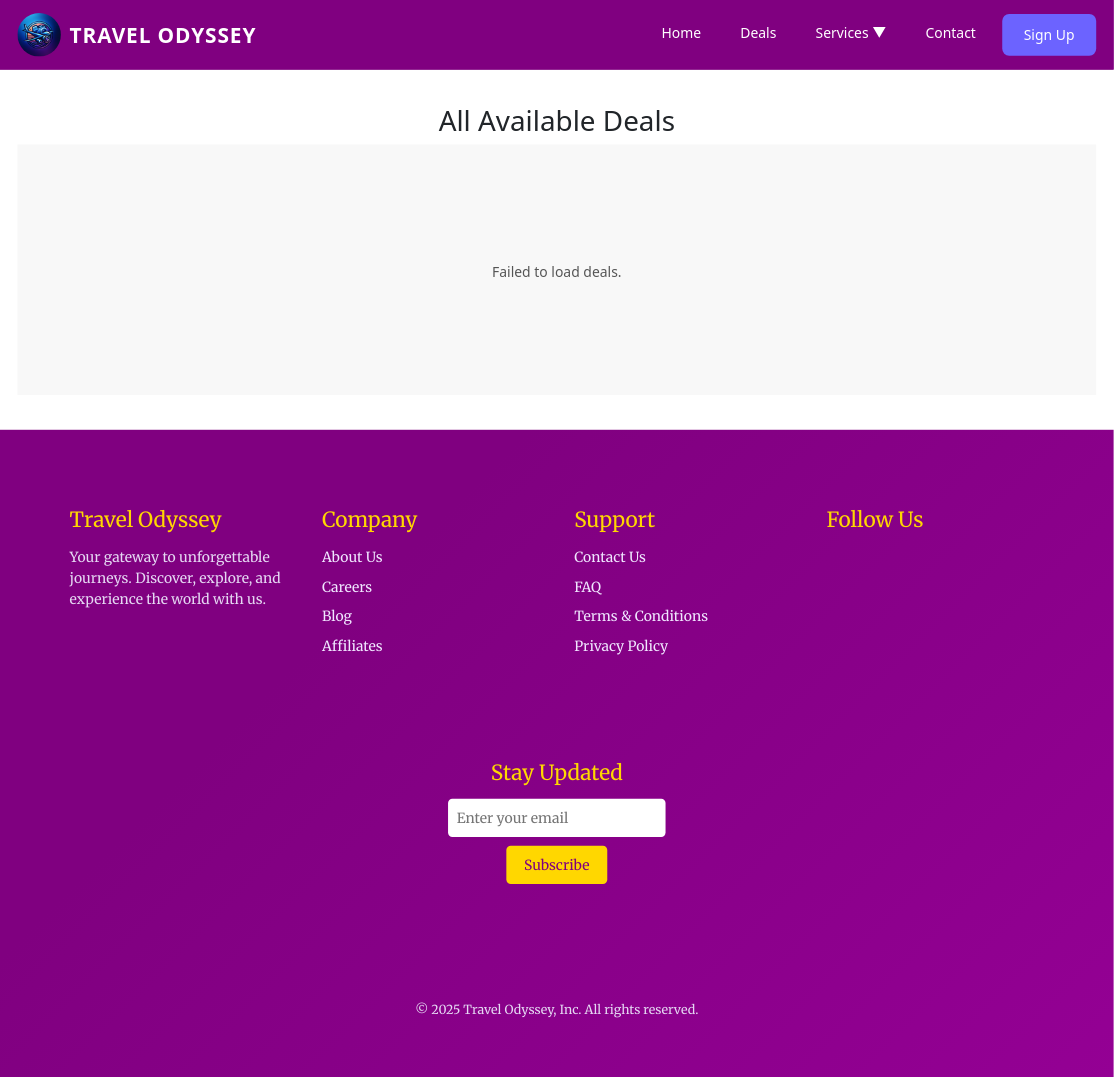
Repository: GHzPhoenix/Project-Odyssey
Page: Frontend/deals.html
An editor plug-in stored every save of this project. The page is shown before and after the next save, followed by the edit.
The browser window is 1280 px wide. The pictures show the whole page, at 87% of full size.
The page's requests for data from a server got no answer.

Above is the page before, as saved 2025-06-13 14:48:03.

### Frontend/deals.html
<!DOCTYPE html>
<html lang="en">
  <head>
    <meta charset="UTF-8" />
    <meta name="viewport" content="width=device-width, initial-scale=1" />
    <title>All Deals – Travel Odyssey</title>

    <link rel="stylesheet" href="/Frontend/css/style.css" />
    <link rel="stylesheet" href="/Frontend/css/deals.css" />
    <link rel="preconnect" href="https://fonts.googleapis.com" />
    <link rel="preconnect" href="https://fonts.gstatic.com" crossorigin />
    <link
      href="https://fonts.googleapis.com/css2?family=Merriweather:wght@300;400;700;900&display=swap"
      rel="stylesheet"
    />
    <link
      href="https://cdn.jsdelivr.net/npm/bootstrap@5.3.3/dist/css/bootstrap.min.css"
      rel="stylesheet"
      crossorigin="anonymous"
    />
    <script
      src="https://cdn.jsdelivr.net/npm/bootstrap@5.3.3/dist/js/bootstrap.bundle.min.js"
      crossorigin="anonymous"
      defer
    ></script>

    <style>
      .deals-container {
        display: grid;
        grid-template-columns: repeat(auto-fit, minmax(280px, 1fr));
        gap: 1.5rem;
        padding: 2rem;
      }

      .card {
        background: #fff;
        border-radius: 1rem;
        box-shadow: 0 0.5rem 1.5rem rgba(0, 0, 0, 0.1);
        overflow: hidden;
        transition: transform 0.3s ease, box-shadow 0.3s ease;
        display: flex;
        flex-direction: column;
      }

      .card:hover {
        transform: translateY(-0.5rem);
        box-shadow: 0 1rem 2.5rem rgba(0, 0, 0, 0.15);
      }

      .card-image {
        width: 100%;
        height: 180px;
        object-fit: cover;
      }

      .card-info {
        padding: 1rem;
        flex: 1;
        display: flex;
        flex-direction: column;
      }

      .card-title {
        margin: 0 0 0.5rem;
        font-size: 1.25rem;
        color: #333;
      }

      .card-subtext {
        font-size: 0.9rem;
        color: #666;
        margin: 0 0 1rem;
        flex: 1;
      }

      .card-dates {
        font-size: 0.85rem;
        color: #999;
        margin-bottom: 1rem;
      }

      .card-button {
        align-self: flex-start;
        background-color: #6c63ff;
        color: #fff;
        padding: 0.6rem 1.2rem;
        border-radius: 0.6rem;
        text-decoration: none;
        font-weight: 600;
        transition: background 0.3s ease;
      }

      .card-button:hover {
        background-color: #5950d4;
      }

      .no-deals,
      .error-message {
        text-align: center;
        color: #555;
        padding: 2rem;
      }
    </style>
  </head>

  <body>
    <header>
      <nav>
        <div class="logo">
          <img src="/Frontend/assets/your-logo.png" alt="Logo" />
          Travel Odyssey
        </div>
        <div class="menu-toggle" onclick="toggleMenu()">
          <div></div>
          <div></div>
          <div></div>
        </div>
        <ul class="nav-menu">
          <li><a href="index.html">Home</a></li>
          <li><a href="deals.html">Deals</a></li>
          <li class="dropdown-parent">
            <a href="#">Services ▼</a>
            <div class="dropdown">
              <a href="membership.html">Memberships</a>
              <a href="dream.html">Plan your Trip</a>
              <a href="client-area.html">Client Area</a>
            </div>
          </li>
          <li><a href="contact.html">Contact</a></li>
          <li><a href="signup.html" class="signup-btn">Sign Up</a></li>
        </ul>
      </nav>
    </header>

    <main>
      <h2 class="page-title">All Available Deals</h2>

      <section class="trending-deals">
        <div class="deals-container" id="deals-container"></div>
      </section>
    </main>

    <footer class="footer">
      <div class="footer-container">
        <div class="footer-section">
          <h3>Travel Odyssey</h3>
          <p>
            Your gateway to unforgettable journeys. Discover, explore, and
            experience the world with us.
          </p>
        </div>
        <div class="footer-section">
          <h3>Company</h3>
          <ul>
            <li><a href="aboutus.html">About Us</a></li>
            <li><a href="careers.html">Careers</a></li>
            <li><a href="blog.html">Blog</a></li>
            <li><a href="affiliates.html">Affiliates</a></li>
          </ul>
        </div>
        <div class="footer-section">
          <h3>Support</h3>
          <ul>
            <li><a href="contact.html">Contact Us</a></li>
            <li><a href="faq.html">FAQ</a></li>
            <li><a href="terms.html">Terms & Conditions</a></li>
            <li><a href="privacy.html">Privacy Policy</a></li>
          </ul>
        </div>
        <div class="footer-section">
          <h3>Follow Us</h3>
          <div class="social-icons">
            <a href="#"><i class="fab fa-facebook"></i></a>
            <a href="#"><i class="fab fa-instagram"></i></a>
            <a href="#"><i class="fab fa-twitter"></i></a>
            <a href="#"><i class="fab fa-youtube"></i></a>
          </div>
        </div>
        <div class="footer-section newsletter">
          <h3>Stay Updated</h3>
          <form action="#">
            <input type="email" placeholder="Enter your email" required />
            <button type="submit">Subscribe</button>
          </form>
        </div>
      </div>
      <div class="footer-bottom">
        <p>© 2025 Travel Odyssey, Inc. All rights reserved.</p>
      </div>
    </footer>

    <script>
      function toggleMenu() {
        document.querySelector(".nav-menu").classList.toggle("active");
      }

      document.addEventListener("DOMContentLoaded", () => {
        const container = document.getElementById("deals-container");

        async function fetchAndRenderDeals() {
          container.textContent = "Loading…";
          try {
            const res = await fetch("http://127.0.0.1:5001/api/deals");
            if (!res.ok) throw new Error("Fetch failed");
            const deals = await res.json();
            container.innerHTML = "";

            if (!deals.length) {
              container.innerHTML =
                "<p class='no-deals'>No deals available.</p>";
              return;
            }

            deals.forEach((deal) => {
              const card = document.createElement("div");
              card.className = "card";
              card.innerHTML = `
            <img class="card-image" src="${deal.image_url}" alt="${deal.name}">
            <div class="card-info">
              <h3 class="card-title">${deal.name}</h3>
              <p class="card-subtext">${deal.location} • ${deal.activities}</p>
              <p class="card-dates">
                ${new Date(deal.start_date).toLocaleDateString()} – ${new Date(
                deal.end_date
              ).toLocaleDateString()}
              </p>
              <p class="card-price">€${deal.price.toFixed(2)}</p>
              <a href="#" class="card-button" data-id="${deal.id}">Book Now</a>
            </div>
          `;
              container.appendChild(card);
            });
          } catch (err) {
            console.error(err);
            container.innerHTML =
              "<p class='error-message'>Failed to load deals.</p>";
          }
        }

        container.addEventListener("click", (e) => {
          if (!e.target.matches(".card-button")) return;
          e.preventDefault();
          const id = e.target.dataset.id;
          // …your existing booking flow…
        });

        fetchAndRenderDeals();
      });
    </script>
  </body>
</html>

### Frontend/css/deals.css
.deals-container {
  display: grid;
  grid-template-columns: repeat(auto-fit, minmax(280px, 1fr));
  gap: 1.5rem;
  padding: 2rem;
}

.card {
  background: #fff;
  border-radius: 1rem;
  box-shadow: 0 0.5rem 1.5rem rgba(0, 0, 0, 0.1);
  overflow: hidden;
  transition: transform 0.3s ease, box-shadow 0.3s ease;
  display: flex;
  flex-direction: column;
}

.card:hover {
  transform: translateY(-0.5rem);
  box-shadow: 0 1rem 2.5rem rgba(0, 0, 0, 0.15);
}

.card-image {
  width: 100%;
  height: 180px;
  object-fit: cover;
}

.card-info {
  padding: 1rem;
  flex: 1;
  display: flex;
  flex-direction: column;
}

.card-title {
  margin: 0 0 0.5rem;
  font-size: 1.25rem;
  color: #333;
}

.card-subtext {
  font-size: 0.9rem;
  color: #666;
  margin: 0 0 1rem;
  flex: 1;
}

.card-dates {
  font-size: 0.85rem;
  color: #999;
  margin-bottom: 1rem;
}

.card-button {
  align-self: start;
  background-color: #6c63ff;
  color: #fff;
  padding: 0.6rem 1.2rem;
  border-radius: 0.6rem;
  text-decoration: none;
  font-weight: 600;
  transition: background 0.3s ease;
}

.card-button:hover {
  background-color: #5950d4;
}
.card-price {
  font-size: 1rem;
  font-weight: 700;
  margin: 0.5rem 0;
  color: #6c63ff;
}

Loaded but not shown: Frontend/css/style.css (1245 lines, source omitted)

After the next save:
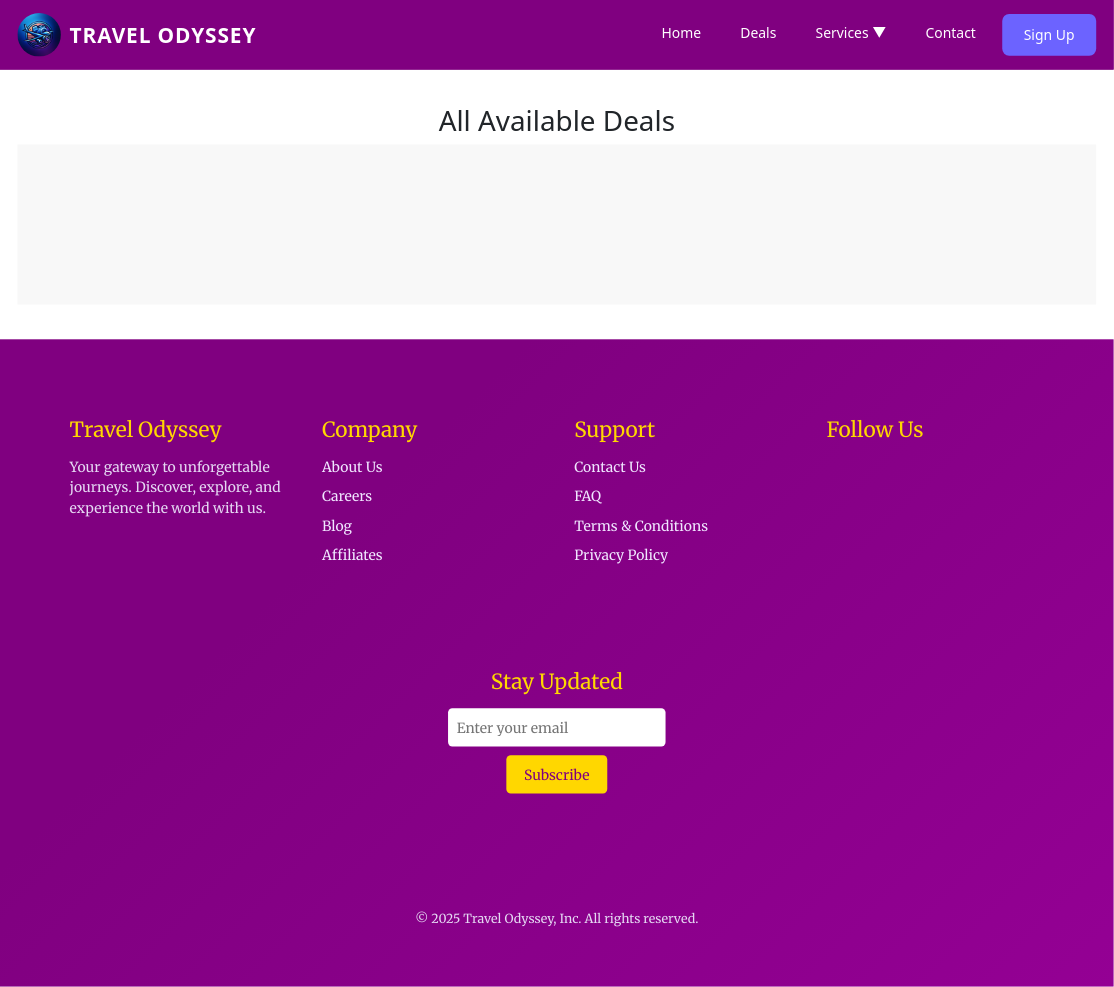
Console error: SyntaxError: Unexpected token '{'
Saved 50 s later.
--- a/Frontend/deals.html
+++ b/Frontend/deals.html
@@ -241,7 +241,10 @@
           if (!e.target.matches(".card-button")) return;
           e.preventDefault();
           const id = e.target.dataset.id;
-          // …your existing booking flow…
+           const email = prompt("Please enter your email to book:");
+          if (!email) return;
+          const params = new URLSearchParams({ deal: id, email });
+          window.location.href = signup.html?${params};
         });
 
         fetchAndRenderDeals();

After the save that followed:
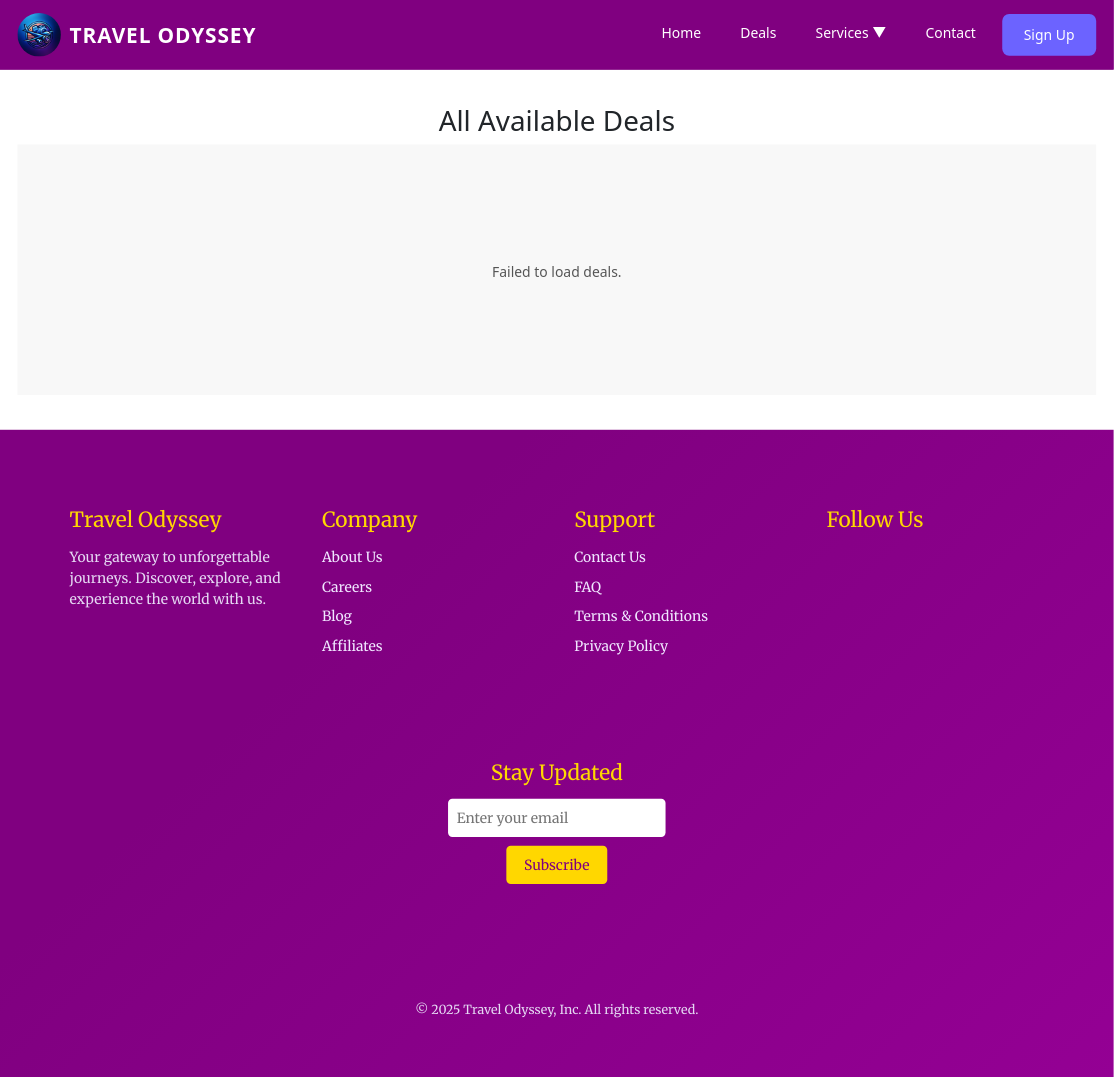
The error is gone.
Saved 88 s later.
--- a/Frontend/deals.html
+++ b/Frontend/deals.html
@@ -241,10 +241,10 @@
           if (!e.target.matches(".card-button")) return;
           e.preventDefault();
           const id = e.target.dataset.id;
-           const email = prompt("Please enter your email to book:");
+          const email = prompt("Please enter your email to book:");
           if (!email) return;
           const params = new URLSearchParams({ deal: id, email });
-          window.location.href = signup.html?${params};
+          window.location.href = `signup.html?${params}`;
         });
 
         fetchAndRenderDeals();
